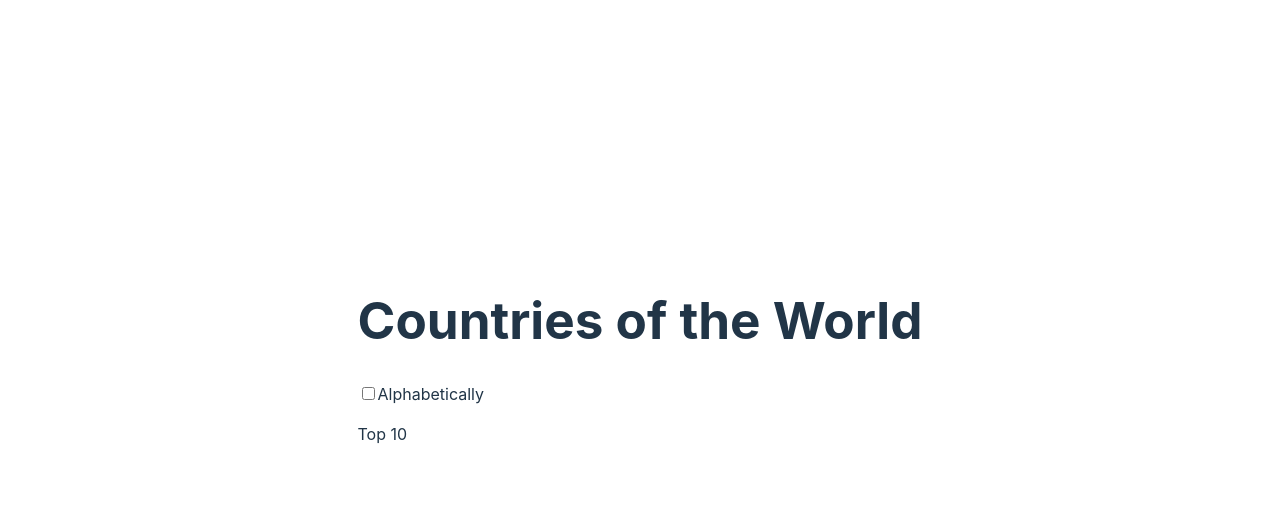
Repository: Vanessahyc/COMP3170_Lab06
Page: /
An editor plug-in stored every save of this project. The page is shown before and after the next save, followed by the edit.
The browser window is 1280 px wide. The pictures show the whole page.
The page's requests for data from a server got no answer. The project was rebuilt for these pictures with package versions that can differ from the ones it lists, and the page was loaded fresh each time. No one was signed in, and anything a server would have sent is missing. Also part of the build but not shown: vite.config.js, src/components/Country.jsx.

Above is the page before, as saved 2024-11-14 16:27:01.

### src/App.jsx
import { useEffect, useState } from 'react'
import './App.css'
import Countries from './components/Countries';

function App() {

  const [countries, setCountries] = useState([]);
  const url = "https://restcountries.com/v3.1/all";

  async function fetchData() {
    const response = await fetch('https://restcountries.com/v3.1/all');
    const data = await response.json();

    setCountries(data);
  }

  useEffect(() => {
    fetchData();
  }, []);

  return (
    <div>
      <h1>Countries of the World</h1>
      <div>
        <div>
          <input type='checkbox'/>
          <label>Alphabetically</label>
        </div>
        <div>
          <p>Top 10</p>
        </div>
      </div>
      <Countries countries={countries}/>
    </div>
  );
}

export default App

### src/App.css
#root {
  max-width: 1280px;
  margin: 0 auto;
  padding: 2rem;
}

/* .logo {
  height: 6em;
  padding: 1.5em;
  will-change: filter;
  transition: filter 300ms;
}
.logo:hover {
  filter: drop-shadow(0 0 2em #646cffaa);
}
.logo.react:hover {
  filter: drop-shadow(0 0 2em #61dafbaa);
}

@keyframes logo-spin {
  from {
    transform: rotate(0deg);
  }
  to {
    transform: rotate(360deg);
  }
}

@media (prefers-reduced-motion: no-preference) {
  a:nth-of-type(2) .logo {
    animation: logo-spin infinite 20s linear;
  }
}

.card {
  padding: 2em;
}

.read-the-docs {
  color: #888;
} */

.main_container {
  width: 400px;
}

.country_header {
  display: flex;
  max-height: 50px;
  background-color: white;

}

.country_header p {
  color: black;
  font-weight: bold;
}

.flag_container {
  flex-basis: 30%;
}

.flag_container img {
  height: 50px;
}

.country_info {
  padding: 1em;
}

.country_info p {
  display: flex;
}

.country_info p span {
  flex-basis: 50%;
  text-align: left;
}

.country_info p span:first-child {
  font-weight: bold;
}

### src/components/Countries.jsx
import Country from "./Country";

export default function Countries({countries}) {
    return(
        <div>
            {
                countries.map(country => (
                    <Country
                        key={country.cca3}
                        url={country.flags.svg}
                        countryName={country.name.common}
                        officialName={country.name.official}
                        capital={country.capital}
                        population={country.population}
                        languages={country.languages}
                        currencies={country.currencies}
                        area={country.area}
                        subregion={country.subregion}
                        continents={country.continents}
                        borders={country.borders}
                        maps={country.maps.googleMaps}
                    />
                ))
            }
        </div>
    );
}

Loaded but not shown: index.html (common file); src/main.jsx (common file); src/index.css (common file)

After the next save:
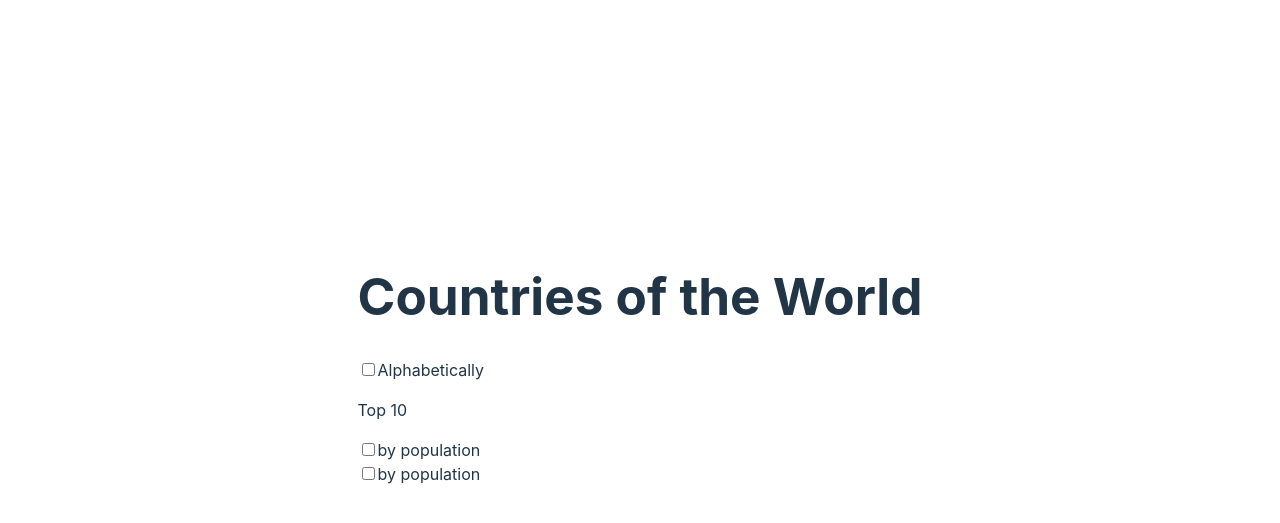
Saved 44 s later.
--- a/src/App.jsx
+++ b/src/App.jsx
@@ -28,6 +28,11 @@ function App() {
         </div>
         <div>
           <p>Top 10</p>
+          <input type='checkbox'/>
+          <label>by population</label>
+          <br/>
+          <input type='checkbox'/>
+          <label>by population</label>
         </div>
       </div>
       <Countries countries={countries}/>
